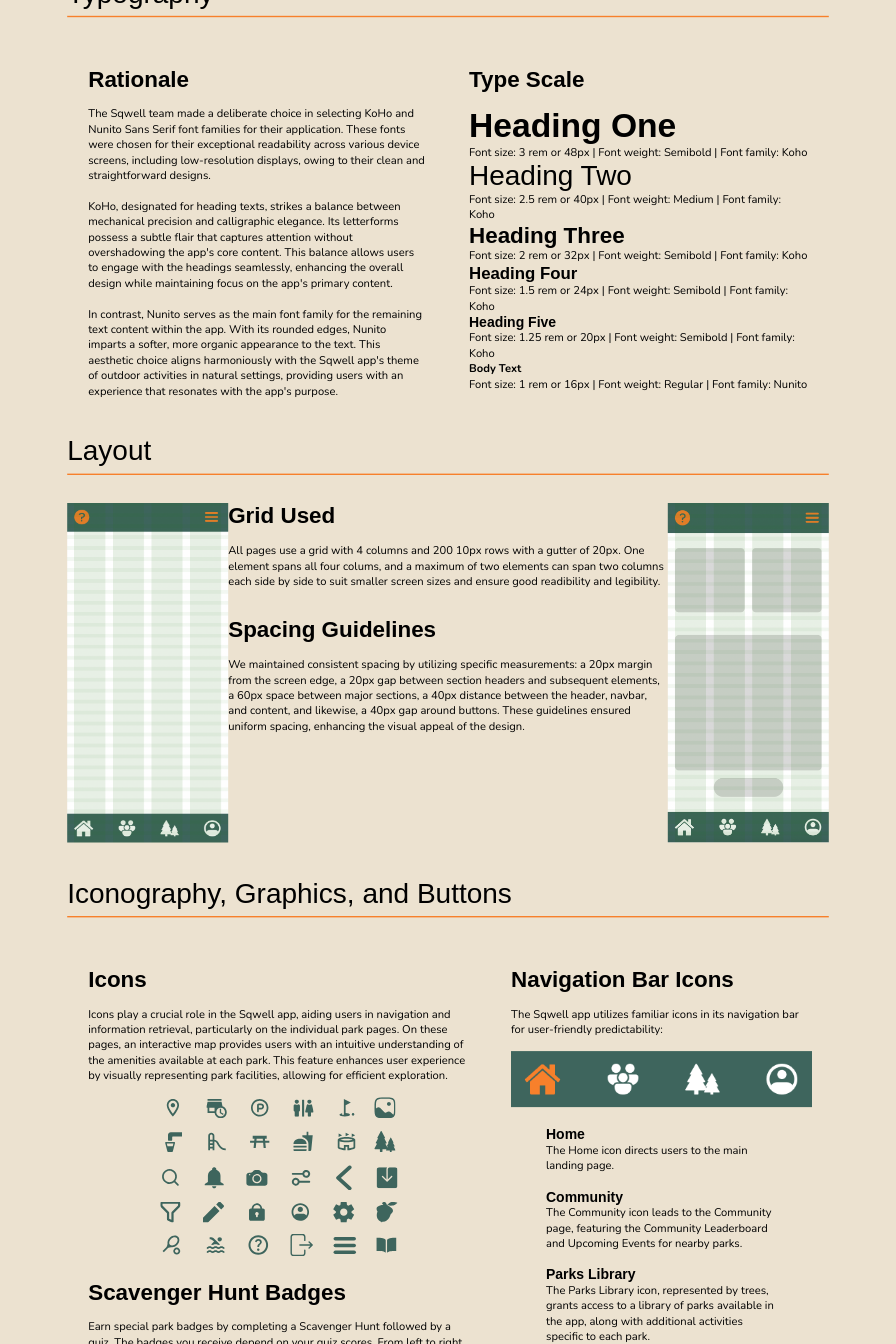
Repository: lpcmendoza/sqwell_styleguide
Page: /
The author's editor kept a copy of each file at every save. The page is drawn from the files as they stood at one save, then again after the next save.
The browser window is 1280 px wide. The pictures show the part of the page from y = 3932 to 5852 px (the page is 6596 px tall), at 70% of full size.
Some web fonts or font styles are not loaded; a fallback is used. The project was rebuilt for these pictures with package versions that can differ from the ones it lists, and the page was loaded fresh each time. The framework's server and built-in components were replaced by stand-ins that run in the browser. Also part of the build but not shown: next.config.mjs.

Above is the page before, as saved 2024-04-08 22:42:49.

After the next save:
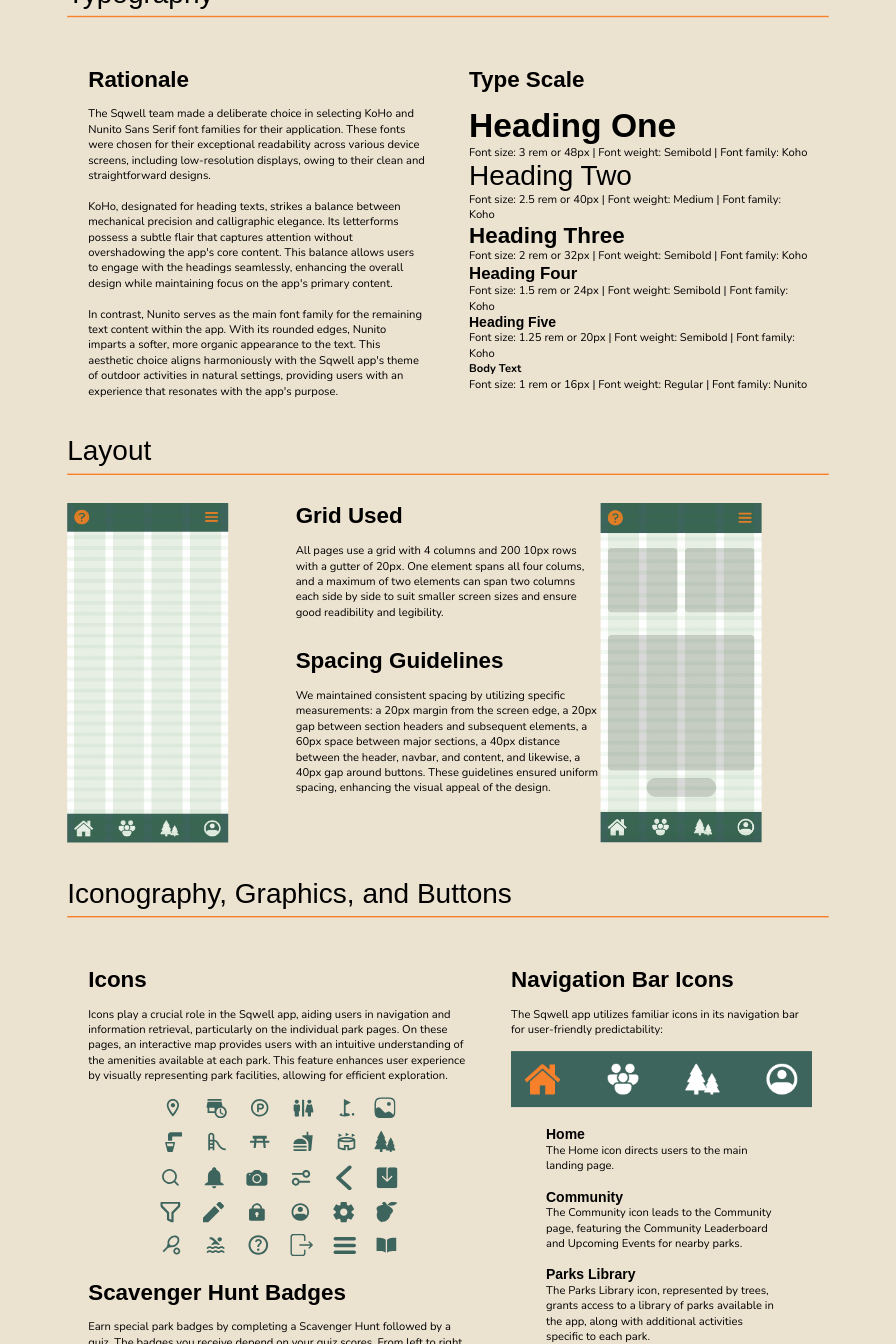
Saved 32 s later.
--- a/components/Layout/Layout.module.css
+++ b/components/Layout/Layout.module.css
@@ -18,5 +18,13 @@
 }
 
 .imageOne {
-    width: 30%
+    width: 30%;
 }
+
+.imageTwo {
+    width: 30%;
+}
+
+.layoutText {
+    width: 40%;
+}
